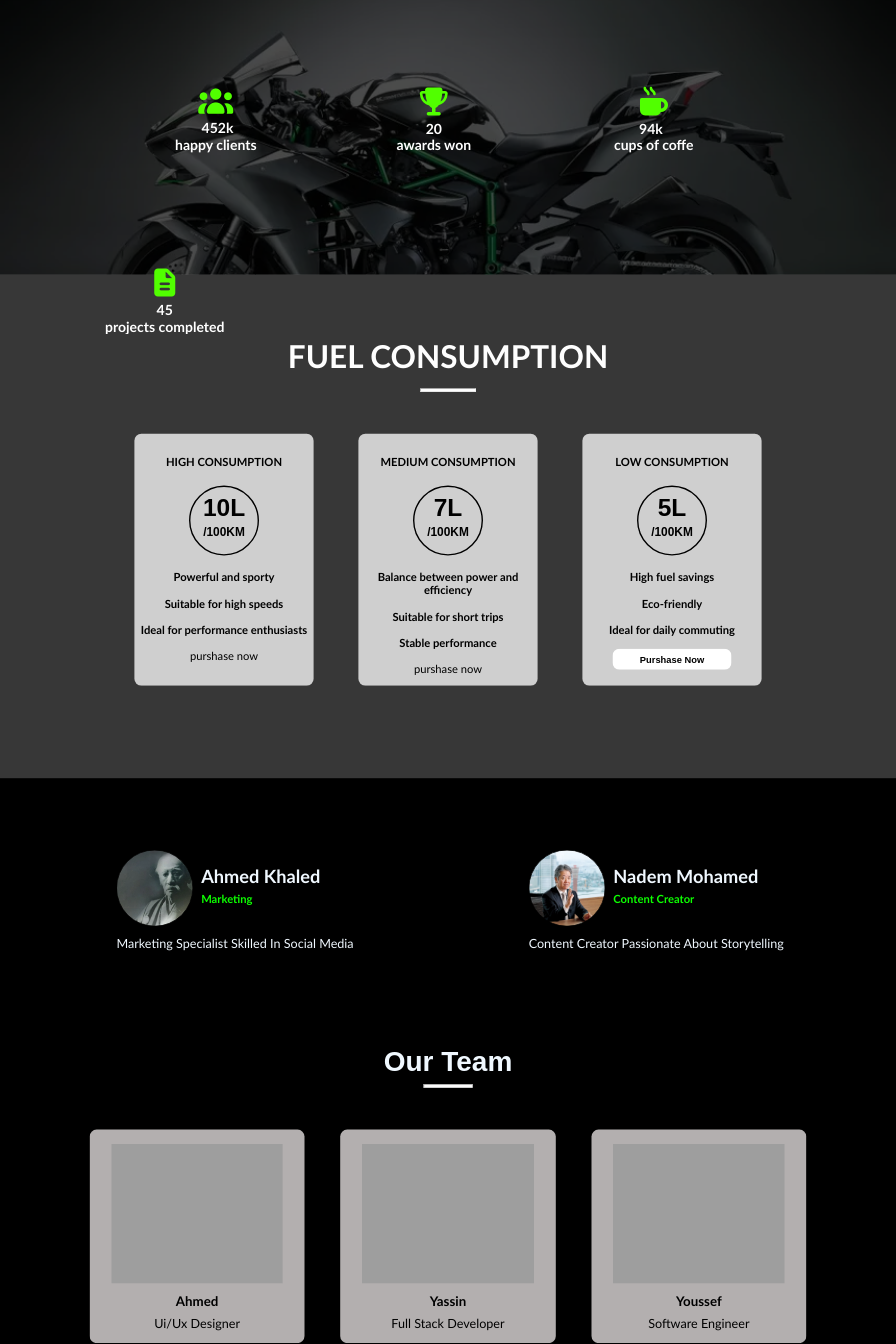
Repository: mustafasayed075-stack/project1
Page: index.html
The author's editor kept a copy of each file at every save. The page is drawn from the files as they stood at one save, then again after the next save.
The browser window is 1280 px wide. The pictures show the part of the page from y = 3634 to 5554 px (the page is 6669 px tall), at 70% of full size.
Pictures or frames that could not be fetched are drawn as grey boxes. Backgrounds fixed to the window are drawn as part of the page.

Above is the page before, as saved 2025-09-20 19:50:33.

After the next save:
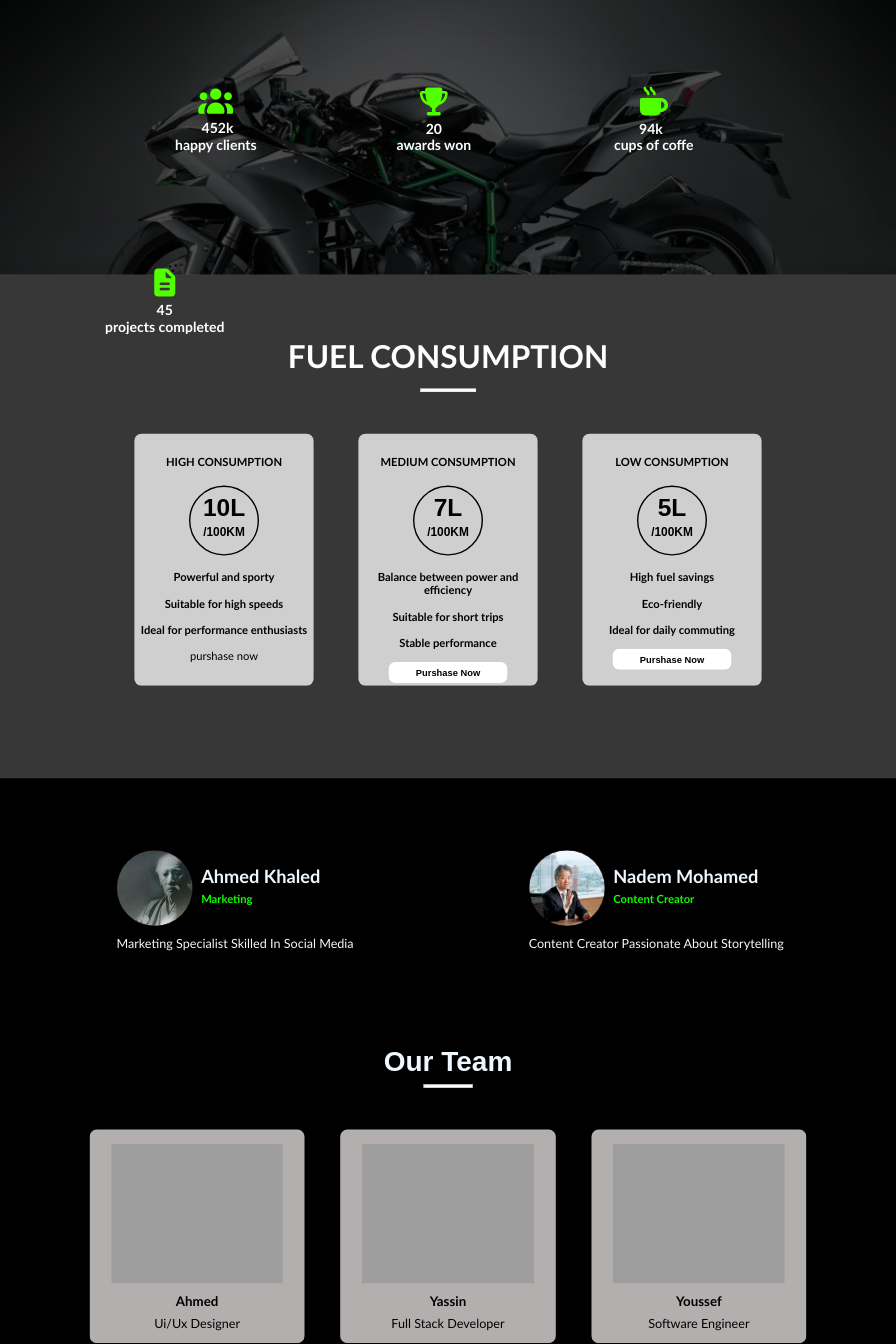
Saved 2 min 11 s later.
--- a/index.html
+++ b/index.html
@@ -257,9 +257,9 @@
                         <p class="timeless">Balance between power and efficiency</p>
                         <p class="classic">Suitable for short trips</p>
                         <p class="charm">Stable performance</p>
-                        <div class="purshase-div2">
-                            <p class="purshase2">purshase now</p>
-                        </div>
+                        <button class="purshasebtn3">
+                            purshase now
+                        </button>
                     </div> <!-- section7-div2 -->
                     <div class="section7-div3">
                         <p class="p73-h5">LOW CONSUMPTION</p>
